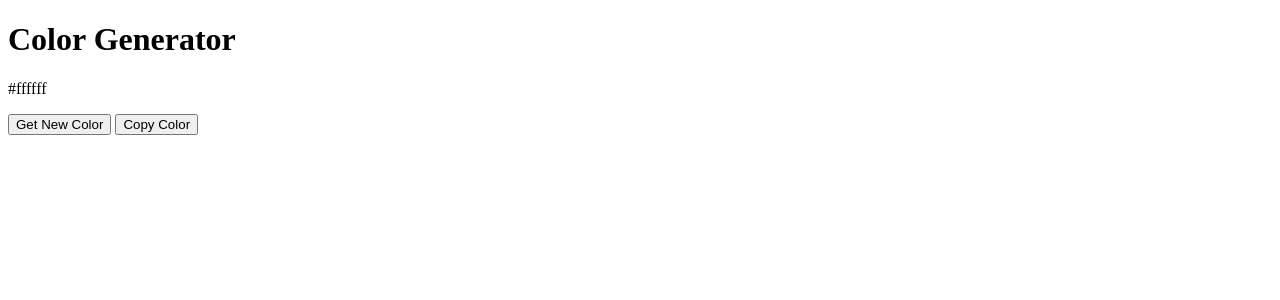
Repository: codimis/JSB-01-Color-Changer
Page: index.html
An editor plug-in stored every save of this project. The page is shown before and after the next save, followed by the edit.
The browser window is 1280 px wide. The pictures show the whole page.

Above is the page before, as saved 2021-09-17 01:34:35.

After the next save:
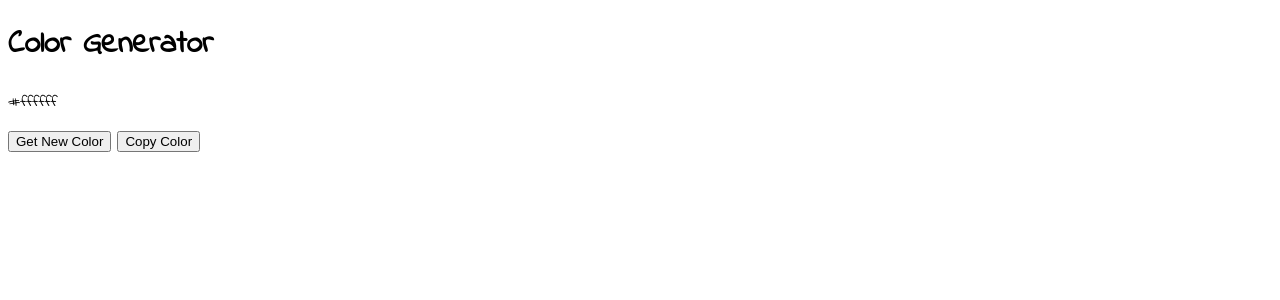
Saved 36 s later.
--- a/style.css
+++ b/style.css
@@ -6,5 +6,6 @@
 }
 
 body {
+    font-family: "Indie Flower", sans-serif;
 
 }
